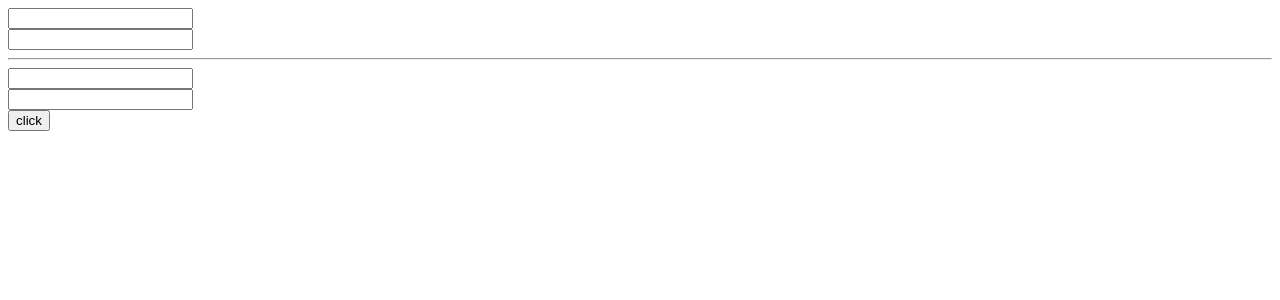
Repository: hangilyon/allJSPStudy
Page: javascript/ex10.html
An editor plug-in stored every save of this project. The page is shown before and after the next save, followed by the edit.
The browser window is 1280 px wide. The pictures show the whole page.

Above is the page before, as saved 2021-10-15 06:54:49.

After the next save:
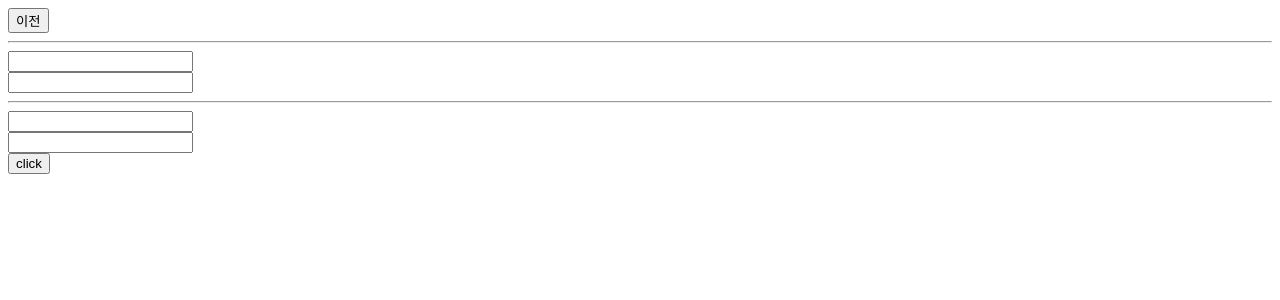
Saved 105 s later.
--- a/javascript/ex10.html
+++ b/javascript/ex10.html
@@ -16,6 +16,8 @@
 </script>
 </head>
 <body>
+	<button type="button" onclick="">이전</button>
+<hr>
 	<input type="text" id="id1" onchange="pwdchk()"><br>
 	<input type="text" id="id2"><br>
 <hr>
